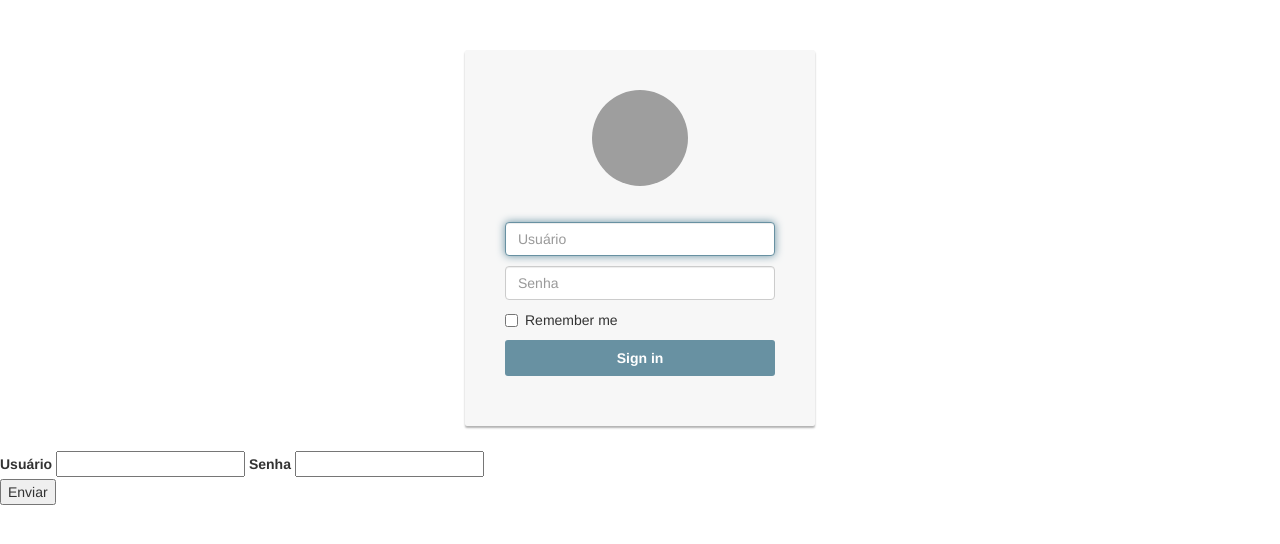
Repository: JacksonPassos/JAAS
Page: http://localhost/gerenciador/jsp/login.jsp
The author's editor kept a copy of each file at every save. The page is drawn from the files as they stood at one save, then again after the next save.
The browser window is 1280 px wide. The pictures show the whole page.
Pictures or frames that could not be fetched are drawn as grey boxes. The page is served by Tomcat 9.

Above is the page before, as saved 2017-05-16 21:27:22.
Console error: ReferenceError: $ is not defined

After the next save:
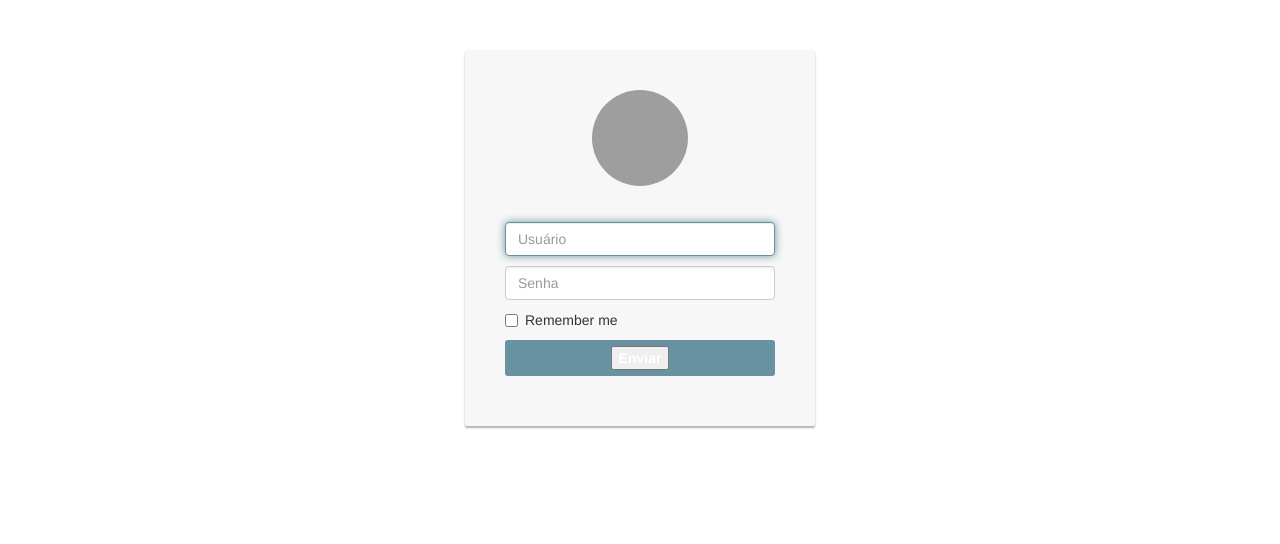
Saved 82 s later.
--- a/gerenciador/WebContent/jsp/login.jsp
+++ b/gerenciador/WebContent/jsp/login.jsp
@@ -252,24 +252,11 @@ function testLocalStorageData() {
                         <input type="checkbox" value="remember-me"> Remember me
                     </label>
                 </div>
-                <button class="btn btn-lg btn-primary btn-block btn-signin" type="submit">Sign in</button>
+                <button class="btn btn-lg btn-primary btn-block btn-signin"><input type="submit" value="Enviar"></button>
             </form><!-- /form -->
         </div><!-- /card-container -->
     </div><!-- /container -->
 
-
-
-	<div id="pagina">
-	<div id="fields">
-		<form action="j_security_check" method="post">
-			<label>Usu&aacute;rio</label>
-			<input id="j_username" name="j_username" type="text">
-			<label >Senha</label>
-			<input id="j_password" name="j_password" type="password">
-			<br>
-			<input id="butEnviar" type="submit" value="Enviar">
-		</form>
-	</div>
 </div>
 </body>
 </html>
